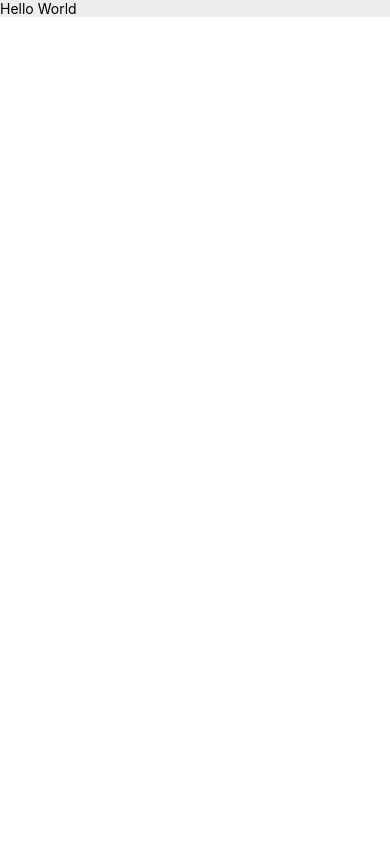
Repository: dodibahari019/TestFrontend
Screen: /
An editor plug-in stored every save of this project. The screen is shown before and after the next save, followed by the edit.
The app was drawn by React Native's web renderer in a window 390 px wide. The project was rebuilt for these pictures with package versions that can differ from the ones it lists, and the page was loaded fresh each time. Some packages were replaced by stand-ins written for this rebuild.

Above is the screen before, as saved 2024-12-30 14:56:24.

After the next save:
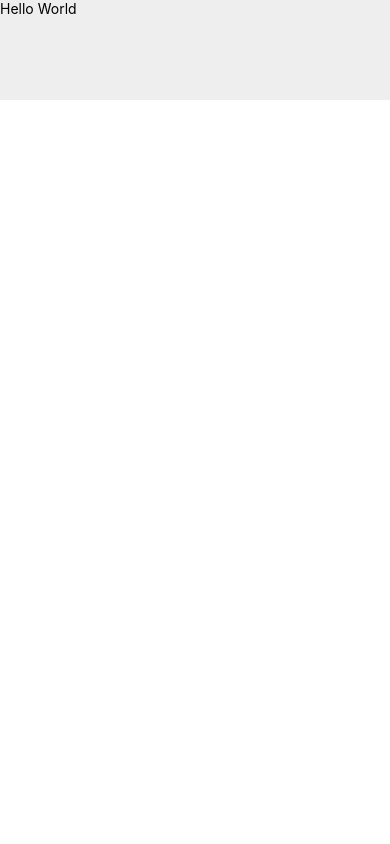
Saved 15 s later.
--- a/App.js
+++ b/App.js
@@ -6,7 +6,7 @@ export default function App() {
     <View style={styles.container}>
       <StatusBar style="auto" />
       {/* <Text>Open up App.js to start working on your app!</Text> */}
-      <View style={{ width:'100%', position:'absolute', top:0, backgroundColor:'#eeeeee' }}>
+      <View style={{ width:'100%', height:100, position:'absolute', top:0, backgroundColor:'#eeeeee' }}>
         <Text>Hello World</Text>
       </View>
     </View>
